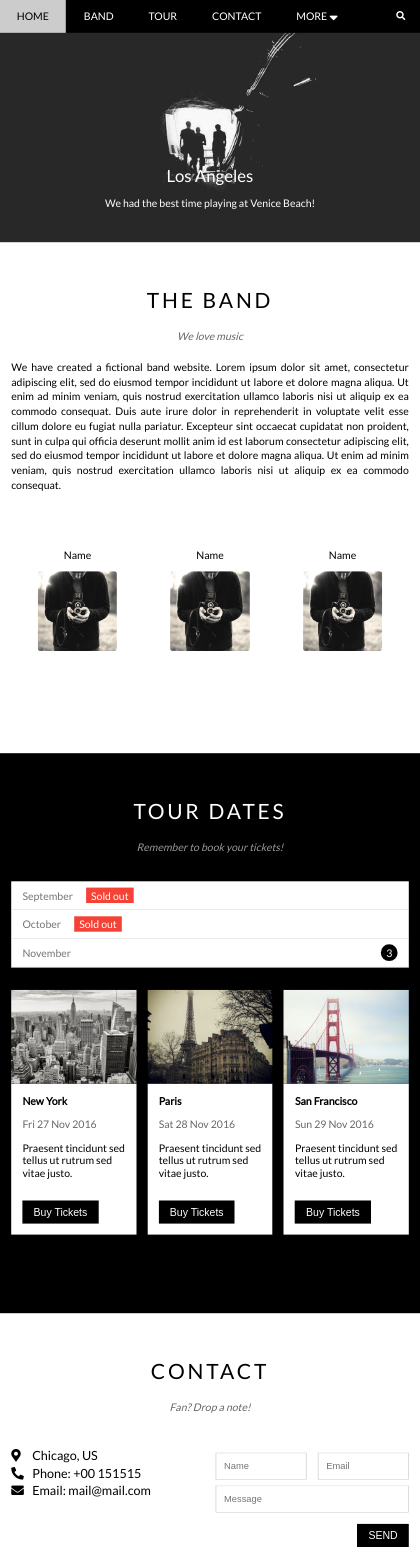
Repository: nguyenthaicong265/w3-band
Page: index.html
These files come from the project's save history. The page is drawn as it stood at one moment and after the next save; the edit follows.
The browser window is 600 px wide. The pictures show the part of the page from y = 0 to 2240 px (the page is 2866 px tall), at 70% of full size.

Above is the page before, as saved 2022-01-05 23:22:20.

### index.html
<!DOCTYPE html>
<html lang="en">
<head>
    <meta charset="UTF-8">
    <meta http-equiv="X-UA-Compatible" content="IE=edge">
    <meta name="viewport" content="width=device-width, initial-scale=1.0">
    <title>The band</title>
    <link rel="icon" href="./assets/img/favicon.png" type="image/x-icon" />
    <link rel="stylesheet" href="./assets/css/styles.css">
    <link rel="stylesheet" href="./assets/css/responsive.css">
    <link rel="stylesheet" href="https://fonts.googleapis.com/css?family=Lato">
    <link rel="stylesheet" href="./assets/font/themify-icons-font/themify-icons/themify-icons.css">
    <link rel="stylesheet" href="./assets/font/fontawesome-free-5.15.4-web/css/all.css">
</head>
<body>
    <div id="main">
        <div id="header">
            <ul id="nav">
                <li><a href="#">Home</a></li>
                <li><a href="#band">Band</a></li>
                <li><a href="#tour">Tour</a></li>
                <li><a href="#contact">Contact</a></li>
                <li>
                    <a href="#">
                        More
                        <i class="fas fa-sort-down"></i>
                    </a>
                    <ul class="subnav">
                        <li><a href="#">Merchandise</a></li>
                        <li><a href="#">Extras</a></li>
                        <li><a href="#">Media</a></li>
                    </ul>
                </li>
            </ul>
            <div class="search-button">
                <i class="fas fa-search text-white"></i>
            </div>
        </div>

        <div id="slider">
            <div class="text-content text-white">
                <h2 class="text-head">Los Angeles
                </h2>
                <div class="text-description">We had the best time playing at Venice Beach!
                </div>
            </div>
        </div>

        <div id="content">
            <!-- About-section -->
            <div id="band" class="band-section">
                <div class="content-section">
                    <h2 class="section-heading">
                    THE BAND
                    </h2>
                    <p class="section-sub-heading">
                    We love music
                    </p>
                    <p class="about-text">We have created a fictional band website. Lorem ipsum dolor sit amet, consectetur adipiscing elit, sed do eiusmod tempor incididunt ut labore et dolore magna aliqua. Ut enim ad minim veniam, quis nostrud exercitation ullamco laboris nisi ut aliquip ex ea commodo consequat. Duis aute irure dolor in reprehenderit in voluptate velit esse cillum dolore eu fugiat nulla pariatur. Excepteur sint occaecat cupidatat non proident, sunt in culpa qui officia deserunt mollit anim id est laborum consectetur adipiscing elit, sed do eiusmod tempor incididunt ut labore et dolore magna aliqua. Ut enim ad minim veniam, quis nostrud exercitation ullamco laboris nisi ut aliquip ex ea commodo consequat.
                    </p>

                    <!-- Member -->
                    <div class="members-list">
                        <div class="member-item">
                            <p class="member-name">Name</p>
                            <img src="./assets/img/band/member1.jpg" alt="Name" class="member-avatar">
                        </div>

                        <div class="member-item">
                            <p class="member-name">Name</p>
                            <img src="./assets/img/band/member1.jpg" alt="Name" class="member-avatar">
                        </div>

                        <div class="member-item">
                            <p class="member-name">Name</p>
                            <img src="./assets/img/band/member1.jpg" alt="Name" class="member-avatar">
                        </div>
                    </div>
                </div>
            </div>

            <!-- Tour-section -->
            <div id="tour" class="tour-section">
                <div class="content-section">
                    <h2 class="section-heading text-white">
                    TOUR DATES
                    </h2>
                    <p class="section-sub-heading text-white">
                    Remember to book your tickets!
                    </p>

                    <!-- Tickets  -->
                    <ul class="tickets-list">
                        <li>September <span class="sold-out text-white">Sold out</span></li>
                        <li>October <span class="sold-out text-white">Sold out</span></li>
                        <li>November <span class="quantity text-white">3</span></li>
                    </ul>

                    <!-- Places -->
                    <div class="row places-list">
                        <div class="col col-third">
                            <img src="./assets/img/places/newyork.jpg" alt="New York" class="place-img">
                            <div class="place-body">
                                <h3 class="place-heading">
                                    New York
                                </h3>
                                <p class="place-time">
                                    Fri 27 Nov 2016
                                </p>
                                <p class="place-dsc">
                                    Praesent tincidunt sed tellus ut rutrum sed vitae justo.
                                </p>
                                <button class="btn js-buy-ticket">Buy Tickets</button>
                            </div>
                        </div>

                        <div class="col col-third">
                            <img src="./assets/img/places/paris.jpg" alt="Paris" class="place-img">
                            <div class="place-body">
                                <h3 class="place-heading">
                                    Paris
                                </h3>
                                <p class="place-time">
                                    Sat 28 Nov 2016
                                </p>
                                <p class="place-dsc">
                                    Praesent tincidunt sed tellus ut rutrum sed vitae justo.
                                </p>
                                <button class="btn js-buy-ticket">Buy Tickets</button>
                            </div>
                        </div>

                        <div class="col col-third">
                            <img src="./assets/img/places/sanfran.jpg" alt="San Francisco" class="place-img">
                            <div class="place-body">
                                <h3 class="place-heading">
                                    San Francisco
                                </h3>
                                <p class="place-time">
                                    Sun 29 Nov 2016
                                </p>
                                <p class="place-dsc">
                                    Praesent tincidunt sed tellus ut rutrum sed vitae justo.
                                </p>
                                <button class="btn js-buy-ticket">Buy Tickets</button>
                            </div>
                        </div>
                    </div>
                </div>
            </div>

            <!-- Begin: Contact-section -->
            <div id="contact" class="content-section">
                <h2 class="section-heading">
                CONTACT</h2>
                <p class="section-sub-heading">
                Fan? Drop a note!</p>
                <div class="row contact-content">
                    <div class="col col-half contact-info">
                        <p><i class="fas fa-map-marker-alt"></i>Chicago, US</p>
                        <p><i class="fas fa-phone-alt"></i>Phone: +00 151515</p>
                        <p><i class="fas fa-envelope"></i>Email: mail@mail.com</p>
                    </div>
                    <div class="col col-half contact-form">
                        <form action="">
                            <div class="row mt-8">
                                <div class="col col-half">
                                    <input type="text" name="" required placeholder="Name" id="" class="form-control">
                                </div>
                                <div class="col col-half">
                                    <input type="email" name="" required placeholder="Email" id="" class="form-control">
                                </div>
                            </div>
                            <div class="row mt-8">
                                <div class="col col-full">
                                    <input type="text" name="" required placeholder="Message" id="" class="form-control">
                                </div>
                            </div>
                            <input class="btn pull-right mt-16" type="submit" value="SEND">
                        </form>
                    </div>
                </div>
            </div>
            <!-- End: Contact-section -->


            <div class="map-section">
                <img src="./assets/img/map.jpg" alt="Map">
            </div>
        </div>

        <div id="footer">
            <div class="socials-list">
                <a href=""><i class="fab fa-facebook-square"></i></a>
                <a href=""><i class="fab fa-instagram"></i></a>
                <a href=""><i class="fab fa-snapchat"></i></a>
                <a href=""><i class="fab fa-pinterest-p"></i></a>
                <a href=""><i class="fab fa-twitter"></i></a>
                <a href=""><i class="fab fa-linkedin-in"></i></a>
            </div>
            <p class="copyright">Powered by <a href="">w3.css</a></p>
        </div>
    </div>
    <div class="modal js-modal">
         <div class="modal-contaner js-modal-container">
             <div class="modal-close js-modal-close">
                <i class="fas fa-times"></i>
             </div>

             <div class="modal-header text-white">
                <i class="fas fa-suitcase"></i> Tickets
             </div>

             <div class="modal-body">
                <label for="ticket-quantity" class="modal-label">
                    <i class="fas fa-shopping-cart"></i>
                    Tickets, $15 per person
                 </label>
                 <input type="text" id="ticket-quantity" class="modal-input" placeholder="How many?">

                 <label for="ticket-email" class="modal-label">
                    <i class="fas fa-user"></i>
                    Send To
                 </label>
                 <input type="text" id="ticket-email" class="modal-input" placeholder="Enter email">

                <button id="buy-ticket">
                    Pay
                    <i class="fas fa-check"></i>
                </button>
             </div>

             <div class="modal-footer">
                 <p class="modal-help">
                     Need <a href="">help?</button>
                 </p>
             </div>
         </div>
    </div>

    <script>
        const buyBtns = document.querySelectorAll('.js-buy-ticket')
        const modal = document.querySelector('.js-modal')
        const modalContainer = document.querySelector('.js-modal-container')
        const modalClose = document.querySelector('.js-modal-close')

        // Hàm hiển thị modal mua vé
        function showBuyTickets() {
            modal.classList.add('open')
        }

        // Hàm ẩn modal mua vé
        function closeBuyTickets() {
            modal.classList.remove('open')
        }

        // Lắng nghe click vào từng button Buy Ticket
        for (const buyBtn of buyBtns) {
            buyBtn.addEventListener('click', showBuyTickets)
        }

        // Lắng nghe click vào button close
        modalClose.addEventListener('click', closeBuyTickets)

        // Lắng nghe click vào modal
        modal.addEventListener('click', closeBuyTickets)

        // Lắng nghe click vào container
        modalContainer.addEventListener('click', function(event) {
            event.stopPropagation()
        })
    </script>
</body>
</html>

### assets/css/styles.css
/* Reset CSS */
* {
    padding: 0;
    margin: 0;
    box-sizing: border-box;
}

html {
    font-family: "Lato", sans-serif;
    font-size: 62.5%;
    scroll-behavior: smooth;
}

/* Common */
.clear {
    clear: both;
}

.text-white {
    color: #ffff !important;
}

.row {
    margin-left: -8px;
    margin-right: -8px;
    overflow: hidden;
}

.col {
    float: left;
    padding-left: 8px;
    padding-right: 8px;
}

.col-third {
    width: 33.33333%;
}

.col-half {
    width: 50%;
}

.col-full {
    width: 100%;
}

.mt-8 {
    margin-top: 8px;
}

.mt-16 {
    margin-top: 16px;
}

.btn {
    display: inline-block;
    font-size: 15px;
    color: #ffff;
    background-color: #000;
    text-decoration: none;
    padding: 8px 16px;
    margin-top: 16px;
    border: 0px;
    cursor: pointer;
}

.btn:hover {
    color: #000;
    background-color: #ccc;
}

.pull-right {
    float: right;
    overflow: hidden;
}

/* Main */

#main {

}

#header {
    position: fixed;
    top: 0;
    left: 0;
    right: 0;
    height: 46.5px;
    background-color: #000000;
    z-index: 1;
}

#header .search-button {
    float: right;
    padding: 0 21px;
}

#header .search-button:hover {
    cursor: pointer;
    background-color: #f44336!important;
}

#header .fa-search {
    font-size: 13px;
    line-height: 46px;
}

#nav, .subnav {
    display: inline-block;
    list-style-type: none;
}

#nav > li {
    display: inline-block;
}

#nav li {
    position: relative;
}

#nav > li > a {
    color: #ffffff;
    text-transform: uppercase;
}

#nav li a {
    text-decoration: none;
    line-height: 46.5px;
    padding: 0px 24px;
    font-size: 1.5rem;
    display: block;
}

#nav .fa-sort-down {
    font-size: 20px;
}

#nav li:hover .subnav {
    display: block;

}

#nav > li:hover > a,
#nav .subnav li:hover a {
    color: #000 !important;
    background-color: #ccc !important;
}

#nav .subnav {
    display: none;
    position: absolute;
    min-width: 160px;
    top: 46.5px;
    background-color: #ffffff;
    box-shadow: 0 0 10px rgba(0, 0, 0, 0.3);
}

#nav .subnav a {
    color: #000;
    padding: 0 12px;
    line-height: 38px;
}

#slider {
    position: relative;
    margin-top: 46px;
    padding-top: 50%;
    background: url(/assets/img/slider/slider1.jpg) top center / cover no-repeat;
}

#slider .text-content {
    position: absolute;
    bottom: 48px;
    width: 100%;
    text-align: center;
}

#slider .text-head {
    font-weight: 100;
    font-size: 24px;
    margin-bottom: 10px;
}
#slider .text-description {
    font-size: 15px;
    margin-top: 15px;
}

#content {
}

#content .content-section {
    width: 800px;
    max-width: 100%;
    padding: 64px 0 112px ;
    margin-left: auto;
    margin-right: auto;
    padding-left: 16px;
    padding-right: 16px;
}

#content .section-heading {
    font-size: 30px;
    font-weight: 400;
    letter-spacing: 4px;
    text-align: center;
}

#content .section-sub-heading {
    font-size: 15px;
    font-style: italic;
    text-align: center;
    opacity: 0.6;
    margin-top: 25px;
}

#content .about-text {
    text-align: justify;
    font-size: 15px;
    margin-top: 25px;
    line-height: 1.4;
}

#content .members-list {
    margin-top: 48px;
    overflow: hidden;
    padding-top: 32px !important;
    padding-bottom: 32px !important;
}

#content .member-item {
    float: left;
    width: 33.333333%;
    text-align: center;
}

#content .member-name {
    font-size: 15px;
}

#content .member-avatar {
    width: 60%;
    margin-top: 15px;
    border-radius: 4px;
}

.tour-section {
    background-color: #000;
    width: 100%;
}

.tickets-list {
    background-color: #ffffff;
    margin-top: 40px;
    list-style-type: none;
}

.tickets-list li {
    font-size: 15px;
    padding: 11px 16px;
    border-bottom: 1px solid #dddd;
    color: #757575;
}

.tickets-list .sold-out {
    background-color: #f44336!important;
    padding: 2px 7px;
    margin-left: 16px;
}

.tickets-list .quantity {
    float: right;
    width: 24px;
    height: 24px;
    background-color: #000;
    border-radius: 50%;
    line-height: 24px;
    text-align: center;
    margin-top: -3px;
}

.places-list {
    margin-top: 32px;
    overflow: hidden;
}

.place-img {
    display: block;
    width: 100%;
}

.place-img:hover {
    opacity: 0.6;
}

.place-body {
    background-color: #ffff;
    padding: 16px;
}

.place-heading {
    font-size: 15px;
    font-weight: bolder;
    margin-bottom: 15px;
}

.place-time {
    font-size: 15px;
    opacity: 0.6;
    margin-bottom: 15px;
}

.place-dsc {
    font-size: 15px;
    margin-bottom: 15px;
}

.fas {
    display: inline-block;
}

.contact-content {
    margin-top: 48px;
}

.contact-info {
    font-size: 18px;
    line-height: 1.4;
}

.contact-info .fas {
    width: 30px;
}

.contact-form {
    font-size: 15px;
}

.contact-form .form-control {
    padding: 11px;
    border: 1px solid #ccc;
    width: 100%;
}

/* Map section */
.map-section img {
    width: 100%;
}

/* Footer section */
#footer {
    padding: 64px 16px;
    text-align: center;
    font-size: 15px;

}

#footer .socials-list {
    font-size: 24px;
}

#footer .socials-list a {
    color: #000;
    opacity: 0.5;
    text-decoration: none;
}

#footer .socials-list a:hover {
    opacity: 0.3;
}

#footer .copyright {
    margin: 15px 0;
    color: #000;
    opacity: 0.5;
}

#footer .copyright a {
    color: #000 !important;
}

.modal {
    position: fixed;
    top: 0;
    right: 0;
    bottom: 0;
    left: 0;
    background: rgba(0, 0, 0, 0.4);
    align-items: center;
    justify-content: center;
    display: none;
}

.modal.open {
    display: flex;
}

.modal-contaner {
    background: #fff;
    width: 900px;
    max-width: calc(100% - 32px);
    min-height: 200px;
    position: relative;
    animation: modalFadeIn ease 0.5s;
}

.modal-close {
    position: absolute;
    right: 0;
    top: 0;
    padding: 15px;
    cursor: pointer;
    color: #fff;
    font-size: 15px;
}

.modal-close:hover {
    background-color: #ccc;
    color: #000;
}

.modal-header {
    background-color: #009688;
    height: 130px;
    display: flex;
    align-items: center;
    justify-content: center;
    font-size: 30px;
    letter-spacing: 5px;
}

.modal-header .fa-suitcase {
    margin-right: 15px;
}

.modal-body {
    padding: 15px;

}

.modal-body .modal-label {
    display: block;
    font-size: 15px;
    opacity: 0.8;
}

.modal-body .modal-input {
    border: 1px solid #ccc;
    padding: 8px;
    margin: 15px 0;
    width: 100%;
    font-size: 15px;
}

#buy-ticket {
    background-color: #009688;
    color: #fff;
    font-size: 15px;
    padding: 15px;
    width: 100%;
    border: 0px;
}

#buy-ticket:hover {
    background-color: #ccc;
    color: #000;
}

.modal-footer {
    padding: 16px;
    text-align: right;
    font-size: 15px;
}

.modal-help {
    top: 0;
    right: 0;
}

.modal-help a {
    color: #2196F3;
}

@keyframes modalFadeIn {
    from {
        opacity: 0;
        transform: translateY(-100px);
    }
    to {
        opacity: 1;
        transform: translateY(0px);
    }
}

### assets/css/responsive.css
/* Mobile */
@media (max-width: 740px) {

}

Loaded but not shown: assets/font/themify-icons-font/themify-icons/themify-icons.css (common file); assets/font/fontawesome-free-5.15.4-web/css/all.css (library)

After the next save:
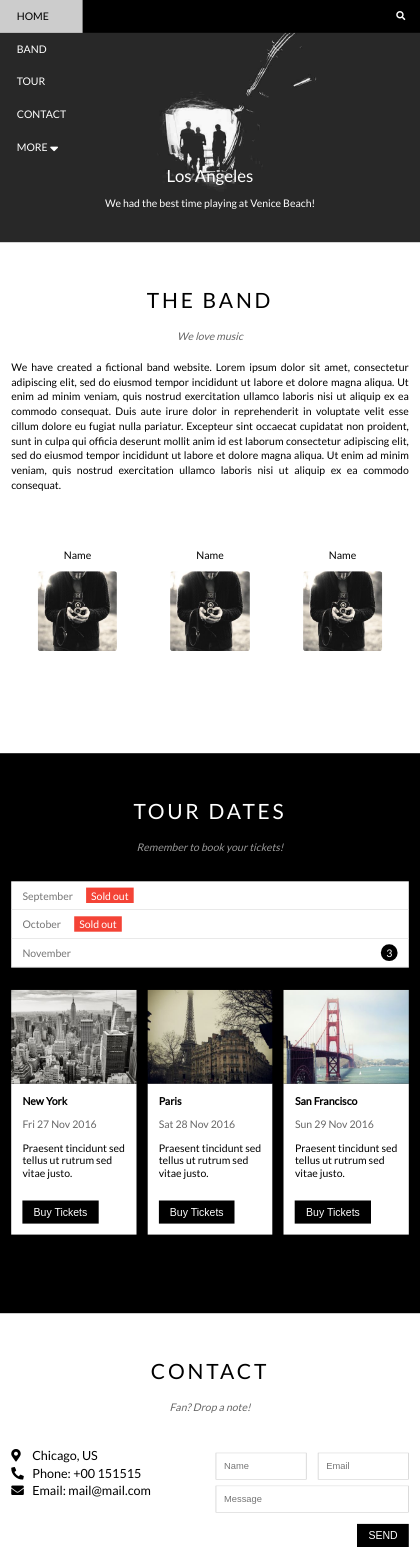
Saved 97 s later.
--- a/assets/css/responsive.css
+++ b/assets/css/responsive.css
@@ -1,4 +1,6 @@
 /* Mobile */
 @media (max-width: 740px) {
-
+    #nav > li {
+        display: block;
+    }
 }
